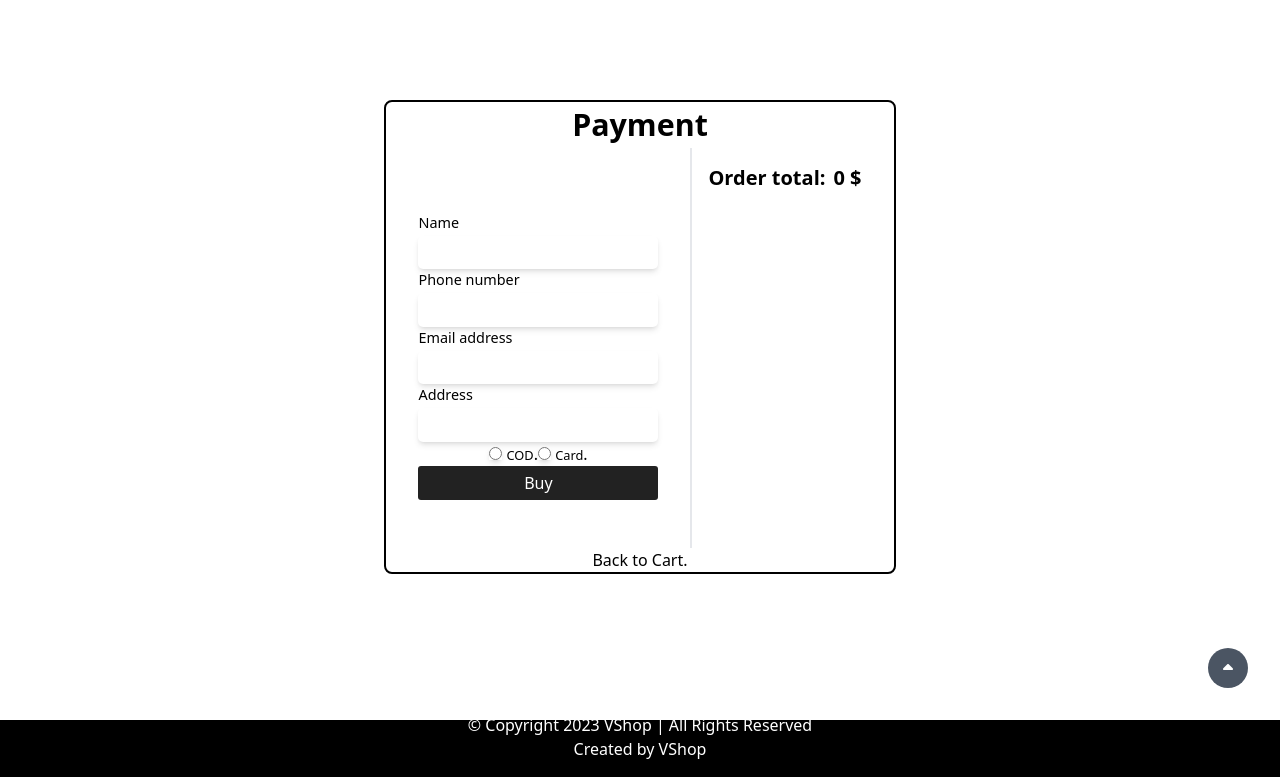
Repository: Kith933UTH/VSHOP
Page: /private/payment
An editor plug-in stored every save of this project. The page is shown before and after the next save, followed by the edit.
The browser window is 1280 px wide. The pictures show the whole page.
Pictures or frames that could not be fetched are drawn as grey boxes. The project was rebuilt for these pictures with package versions that can differ from the ones it lists, and the page was loaded fresh each time. Also part of the build but not shown: src/components/product-item/ProductItem.js, src/components/loader/Loader.js, src/constants/constants.js, src/components/product-filters/Category.js, src/components/product-filters/Price.js, src/components/product-filters/Rating.js, src/components/product-filters/ProductFilters.js, src/components/cart-shopping/CartEmpty.js and 20 more.

Above is the page before, as saved 2023-08-04 22:23:55.

After the next save:
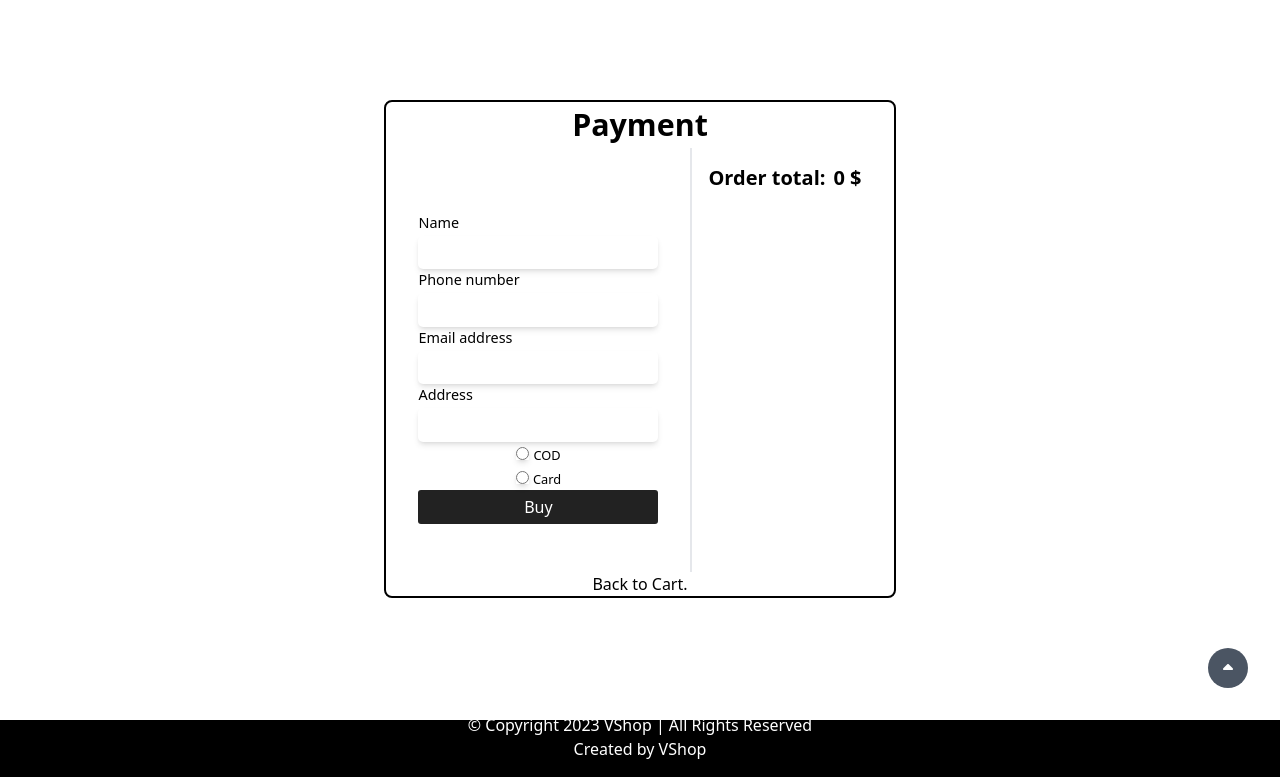
Saved 47 s later.
--- a/src/components/payment/Payment.js
+++ b/src/components/payment/Payment.js
@@ -34,8 +34,13 @@ export function Payment({login}) {
                         <label>Address</label><br/>
                         <input className='shadow-md'  type="text" name="address" required />
                     </p>
-                    <input className='shadow-md' type="radio" name="checkbox" /> <span>COD</span>.
-                    <input className='shadow-md' type="radio" name="checkbox" /> <span>Card</span>.
+                    <p className=''>
+                        <input className='shadow-md' type="radio" name="checkbox" /> <span>COD</span>
+                    </p>
+                    <p className=''>
+                        <input className='shadow-md' type="radio" name="checkbox" /> <span>Card</span>
+                    </p>
+
                     <p>
                         <button id="sub_btn" type="submit">Buy</button>
                     </p>
